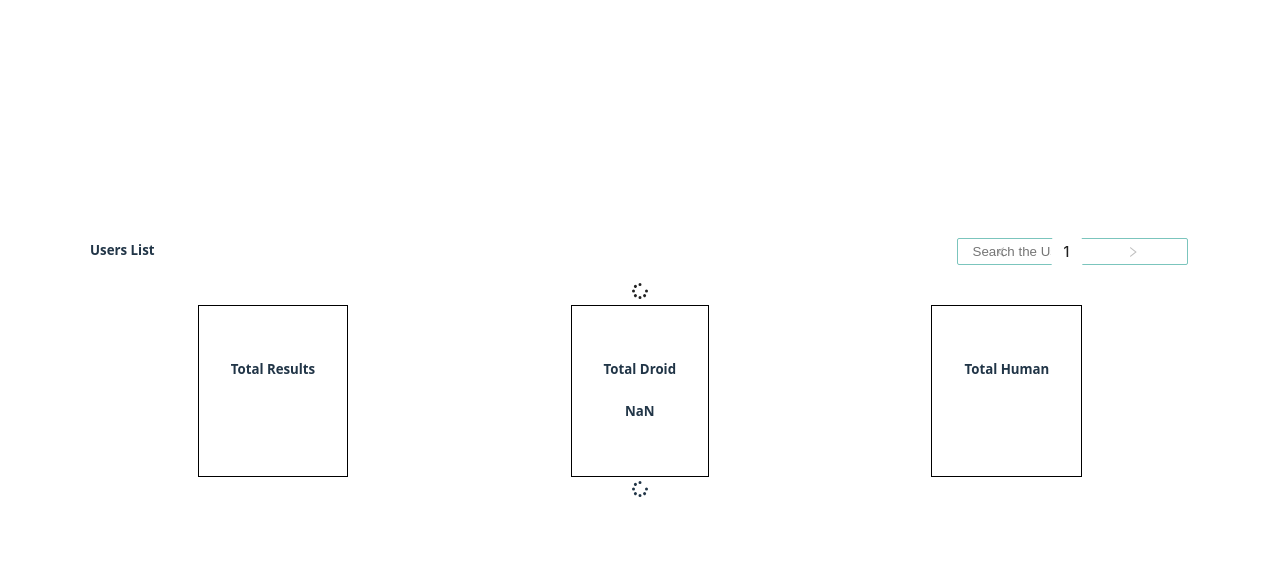
Repository: jassi73/DataTable
Page: /
The author's editor kept a copy of each file at every save. The page is drawn from the files as they stood at one save, then again after the next save.
The browser window is 1280 px wide. The pictures show the whole page.
The page's requests for data from a server got no answer. The project was rebuilt for these pictures with package versions that can differ from the ones it lists, and the page was loaded fresh each time. No one was signed in, and anything a server would have sent is missing. Also part of the build but not shown: vite.config.js.

Above is the page before, as saved 2023-05-15 00:23:09.

### src/main.jsx
import './index.css'

import {
  QueryClient,
  QueryClientProvider,
} from '@tanstack/react-query'

import App from './App.jsx'
import ReactDOM from 'react-dom/client'

const queryClient = new QueryClient()
ReactDOM.createRoot(document.getElementById('root')).render(
   <QueryClientProvider client={queryClient}>
    <App />
    </QueryClientProvider>
)

### src/index.css
:root {
  font-family: Titillium, system-ui, Avenir, Helvetica, Arial, sans-serif;
  line-height: 1.5;
  font-weight: 400;

  color-scheme: light dark;
  color: rgba(255, 255, 255, 0.87);
  background-color: #242424;

  font-synthesis: none;
  text-rendering: optimizeLegibility;
  -webkit-font-smoothing: antialiased;
  -moz-osx-font-smoothing: grayscale;
  -webkit-text-size-adjust: 100%;
}

a {
  font-weight: 500;
  color: #646cff;
  text-decoration: inherit;
}
a:hover {
  color: #535bf2;
}

body {
  margin: 0;
  display: flex;
  place-items: center;
  min-width: 320px;
  min-height: 100vh;
}

h1 {
  font-size: 3.2em;
  line-height: 1.1;
}

button {
  border-radius: 8px;
  border: 1px solid transparent;
  padding: 0.6em 1.2em;
  font-size: 1em;
  font-weight: 500;
  font-family: inherit;
  background-color: #1a1a1a;
  cursor: pointer;
  transition: border-color 0.25s;
}
button:hover {
  border-color: #646cff;
}
button:focus,
button:focus-visible {
  outline: 4px auto -webkit-focus-ring-color;
}

@media (prefers-color-scheme: light) {
  :root {
    color: #213547;
    background-color: #ffffff;
  }
  a:hover {
    color: #747bff;
  }
  button {
    background-color: #f9f9f9;
  }
}

### src/App.jsx
import "./App.css";

import {
  faCircleExclamation,
  faEye,
  faEyeSlash,
  faQuestion,
  faSpinner,
  faUser,
} from "@fortawesome/free-solid-svg-icons";

import Card from "./Components/Card";
import Datatable from "react-data-table-component";
import { FontAwesomeIcon } from "@fortawesome/react-fontawesome";
import InputBox from "./Components/InputBox";
import { Pagination } from 'antd';
import SpeciesModal from "./Components/SpeciesModal";
import { useDebounce } from "./Hooks/useDebounce";
import { useQuery } from "@tanstack/react-query";
import { useState } from "react";

const App = () => {
  const [page, setPage] = useState(1);
  const [searchQuery, setSearchQuery] = useState("");
  const [openSpeciesModal, setOpenSpeciesModal] = useState(false)
  const [speciesUrl, setSpeciesUrl] = useState('')

  const debouncedSearchTerm = useDebounce(searchQuery, 800);

  let url = `https://swapi.dev/api/people/?page=${page}`;
  if (!!debouncedSearchTerm) {
    url += `&search=${debouncedSearchTerm}`;
  }

  const { isLoading, data, isError } = useQuery({
    queryKey: ["users", debouncedSearchTerm, page],
    queryFn: () => fetch(url).then((res) => res.json()),
  });


  const openModal =(url)=>{
    setSpeciesUrl(url)
    setOpenSpeciesModal(true)
  }

  const handlePagination =(page)=>{
    setPage(page)
  }

  const handleCancel = ()=>{
    setOpenSpeciesModal(false)
  }
  const handleOk = ()=>{
    setOpenSpeciesModal(false)
  }

  const totalHuman = data?.results && data?.results.filter((item)=>item?.gender==="male"||item?.gender==="female")
const totalDroid = (data?.results && data?.results.length )- (totalHuman&& totalHuman.length)

  const columns = [
    {
      name: "Type",
      cell: (row) => {
        if (row.gender === "male" || row.gender === "female") {
          return (
            <div>
              <FontAwesomeIcon icon={faUser} />
            </div>
          );
        } else {
          return (
            <div>
              <FontAwesomeIcon icon={faQuestion} />
            </div>
          );
        }
      },
    },
    {
      name: "Name",
      selector: (row) => (row.name ? row.name : ""),
      sortable: true,
    },
    {
      name: "Gender",
      selector: (row) => row.gender,
      sortable: true,
    },
    {
      name: "Height",
      selector: (row) => row.height,
      sortable: true,
    },
    {
      name: "DOB",
      selector: (row) => row.birth_year,
      sortable: true,
    },
    {
      name: "Eye Color",
      selector: (row) => row.eye_color,
    },
    {
      name: "Hair Color",
      selector: (row) => row.hair_color,
    },
    {
      name: "Skin Color",
      selector: (row) => row.skin_color,
    },
    {
      name: "Mass",
      selector: (row) => row.mass,
    },
    {
      name: "Species",
      cell: (row) => {
        if (row?.species &&row?.species.length>0) {
          return (
            <div>
              <FontAwesomeIcon icon={faEye} onClick={()=>openModal(row?.species[0])} />
            </div>
          );
        } else {
          return (
            <div>
              <FontAwesomeIcon icon={faEyeSlash} />
            </div>
          );
        }
      },
    },

  ];

  return (
    <div>
      <div className="header">
        <h5>Users List</h5>
        <InputBox
          value={searchQuery}
          placeholder="Search the User"
          onChange={(e) => {
            setPage(1)
            setSearchQuery(e.target.value)
            }}
        />
      </div>
      {isError&& <FontAwesomeIcon icon={faCircleExclamation} />}
      <Datatable
        selectableRows
        fixedHeader={true}
        data={data?.results}
        columns={columns}
        responsive
        progressPending={isLoading}
        progressComponent={<FontAwesomeIcon icon={faSpinner} />}
      />
      <div>
      <Pagination className="paginationCard" current={page} showSizeChanger={false} pageSize={10} total={data?.count} onChange={handlePagination} />
      </div>
      <div className="cardContainer">
<Card cardName="Total Results" count={data?.results&&data?.results.length}/>
<Card cardName="Total Droid" count={totalDroid}/>
<Card cardName="Total Human" count={totalHuman && totalHuman.length}/>
      </div>
      <SpeciesModal open={openSpeciesModal} handleCancel={handleCancel} handleOk={handleOk} speciesUrl={speciesUrl} />
    </div>
  );
};
export default App;

### src/App.css
@import url("https://fonts.googleapis.com/css?family=Titillium+Web:200,600");
#root {
  max-width: 1280px;
  margin: 0 auto;
  padding: 2rem;
  text-align: center;
}

.logo {
  height: 6em;
  padding: 1.5em;
  will-change: filter;
  transition: filter 300ms;
}
.logo:hover {
  filter: drop-shadow(0 0 2em #646cffaa);
}
.logo.react:hover {
  filter: drop-shadow(0 0 2em #61dafbaa);
}
.header{
  display: flex;
  width:1107px;
}
.dataTable{
  min-height:0vh !important;
}

.paginationCard{
  position: absolute;
  text-align: right;
  margin-top: -63px;
  z-index: 2;
  width: 85%;
}
.header h5 {

  width: 7%;
}
tr {
  text-align:center;
  border:1px solid #000;
}
table{
  width:100%
}
.pagination{
  margin-top:10px
}
.cardContainer{
  display: flex;
  justify-content:space-around;
  margin-top:6px
}
.card{
  border: 1px solid #000;
  padding: 14px;
}

.dcwxpB{

  position: relative;
    width: 100%;
    border-radius: inherit;
    overflow-x: auto;
    overflow-y: auto;
    min-height: 100vh !important;
    max-height: 100vh;
}
@keyframes logo-spin {
  from {
    transform: rotate(0deg);
  }
  to {
    transform: rotate(360deg);
  }
}
.hWTGA-D {
  display: flex;
    align-items: stretch;
    width: 100%;
    background-color: #7bc5bd !important;
    min-height: 52px;
    border: 1px solid rgba(41, 36, 36, 0.12);
}
.sc-kRYBTm {
 cursor: pointer;
    border: 1px solid rgba(0,0,0,.12);
}
.kpGYlU{
  flex: 1 0 auto;
  font-weight: 400;
  text-align: left !important;
}
.inputBox{
  position: relative;
  text-align: right;
  width: 100%;
  margin-top: 13px;
  padding: 6px;
}
.inputBox input{
  padding-left: 15px;
  width: 212px;
  height: 23px;
  border-radius: 2px;
  border: 1px solid #7bc5bd;
}
ul{
  display: flex;
    list-style: none;
    gap: 26px;
    justify-content: flex-end;
}
@media (prefers-reduced-motion: no-preference) {
  a:nth-of-type(2) .logo {
    animation: logo-spin infinite 20s linear;
  }
}

.card {
  padding: 2em;
}

.read-the-docs {
  color: #888;
}

### src/Components/Card.jsx

const Card = (props) => {
    const {cardName, count} = props
  return (
    <div className="card">
        <h5>{cardName}</h5>
        <h5>
            {count}
        </h5>
    </div>
  )
}

export default Card

### src/Components/InputBox.jsx


const InputBox = (props) => {
    const {placeholder, onChange, value} = props
  return (
    <div className="inputBox">
       <input type="text" value={value} placeholder={placeholder} onChange={onChange} />
    </div>
  )
}

export default InputBox

### src/Components/SpeciesModal.jsx
import { Modal } from "antd";
import { useQuery } from "@tanstack/react-query";
import { FontAwesomeIcon } from "@fortawesome/react-fontawesome";
import {
  faQuestion,
  faSpinner,

} from "@fortawesome/free-solid-svg-icons";

const SpeciesModal = ({ handleOk, open, handleCancel, speciesUrl }) => {
  const { isLoading, data } = useQuery({
    queryKey: ["species"],
    queryFn: () => fetch(speciesUrl).then((res) => res.json()),
  });

  if (isLoading) {
    return (
      <div>
        <FontAwesomeIcon icon={faSpinner} />
      </div>
    );
  }

  return (
    <Modal title="Species" open={open} onOk={handleOk} onCancel={handleCancel}>
      {!isLoading && (
        <table >
          <tr>
            <th>Type</th>
            <th>Languege</th>
            <th>Designation</th>
          </tr>
          <tr >
            <td>
              {data?.name === "Droid" && <FontAwesomeIcon icon={faQuestion} />}
            </td>
            <td>{data?.language}</td>
            <td>{data?.designation}</td>
          </tr>
        </table>
      )}
    </Modal>
  );
};

export default SpeciesModal;

### src/Hooks/useDebounce.jsx
import { useEffect, useState } from "react";

// Hook
export function useDebounce(value, delay) {
    // State and setters for debounced value
    const [debouncedValue, setDebouncedValue] = useState(value);
    useEffect(
      () => {
        // Update debounced value after delay
        const handler = setTimeout(() => {
          setDebouncedValue(value);
        }, delay);
        return () => {
          clearTimeout(handler);
        };
      },
      [value, delay] // Only re-call effect if value or delay changes
    );
    return debouncedValue;
  }

Loaded but not shown: index.html (common file)

After the next save:
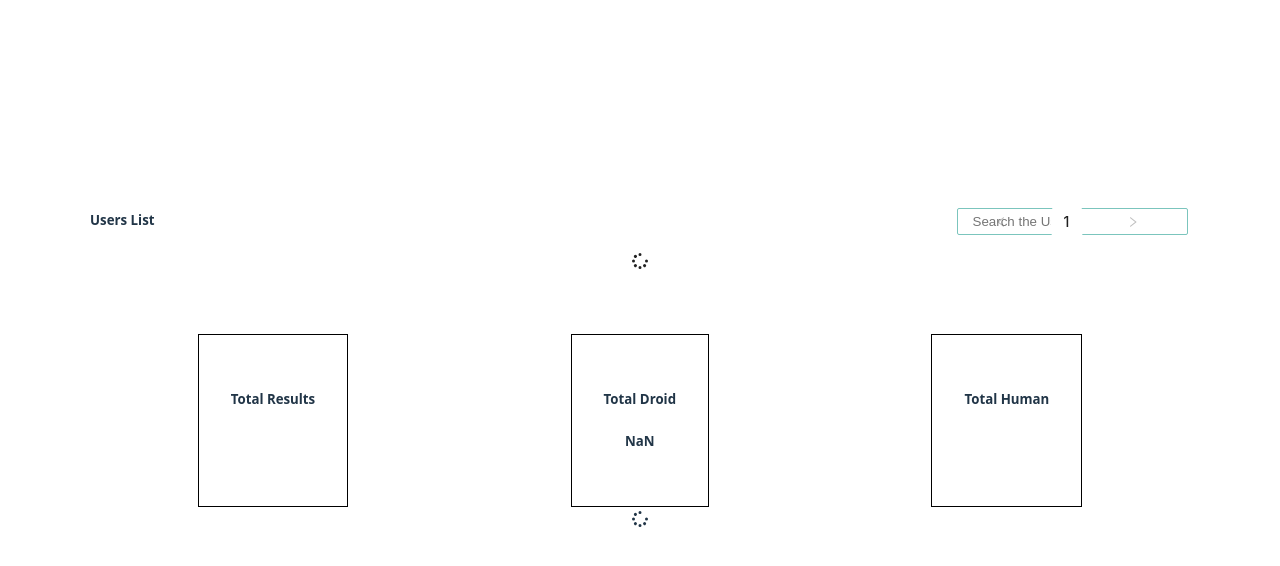
Saved 37 s later.
--- a/src/App.css
+++ b/src/App.css
@@ -50,7 +50,7 @@ table{
 .cardContainer{
   display: flex;
   justify-content:space-around;
-  margin-top:6px
+  margin-top:65px
 }
 .card{
   border: 1px solid #000;
